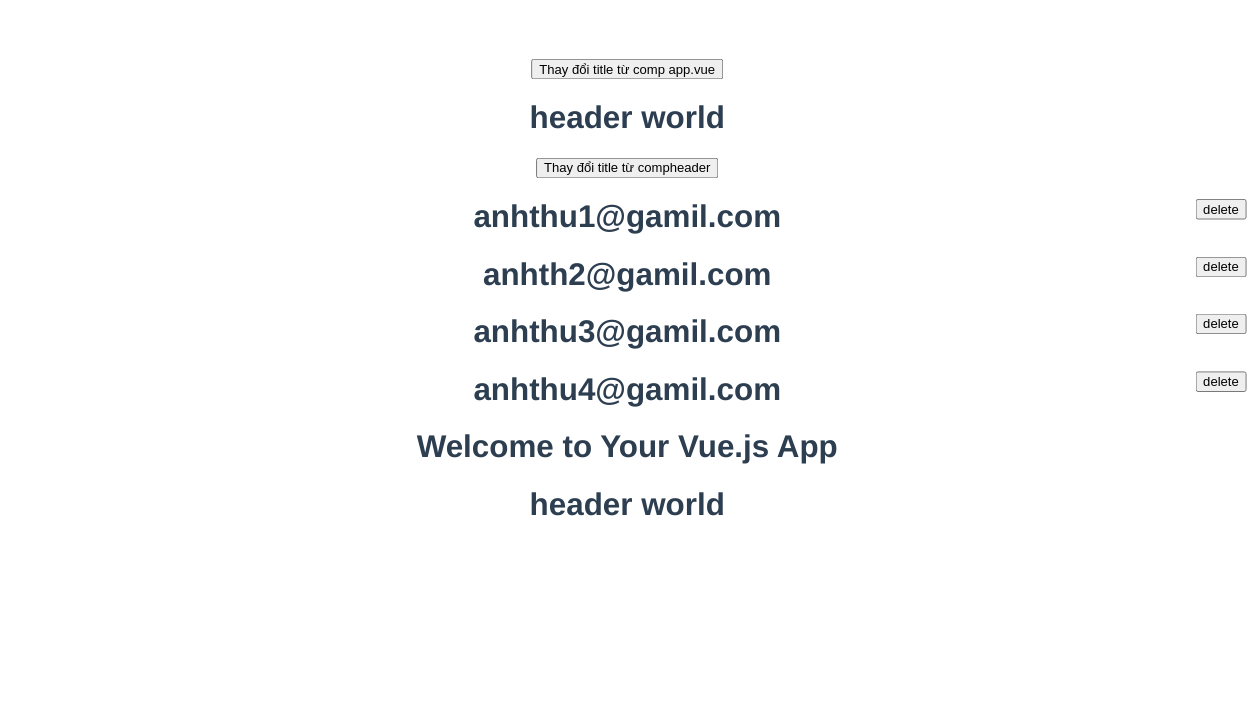
Repository: anhthu112/Todo-list
Page: /
These files come from the project's save history. The page is drawn as it stood at one moment and after the next save; the edit follows.
The browser window is 1280 px wide. The pictures show the whole page, at 98% of full size.
The project was rebuilt for these pictures with package versions that can differ from the ones it lists, and the page was loaded fresh each time. Also part of the build but not shown: vue.config.js.

Above is the page before, as saved 2024-01-23 15:58:52.

### src/App.vue
<template>
  <div class="container">
    <button v-on:click="title='Yoon Jeonghan'">Thay đổi title từ comp app.vue</button>
    <CompHeader v-bind:title="title"
    v-on:changeTitle="handleChangeTitle"
    />
    <ListUser v-bind:listUser="listUser"/>
    <HelloWorld msg="Welcome to Your Vue.js App"/>
    <ComFooter v-bind:title="title"/>
  </div>

</template>

<script>
import HelloWorld from './components/HelloWorld.vue'
import CompHeader from './components/CompHeader.vue';
import ComFooter from './components/ComFooter.vue';
import ListUser from './components/ListUser.vue';
export default {
  name: 'App',
  data(){
    return {
      title:'header world',
      listUser : [
        {id:1000, email:'anhthu1@gamil.com', active: true},
        {id:1001, email:'anhth2@gamil.com', active: true},
        {id:1002, email:'anhthu3@gamil.com', active: true},
        {id:1003, email:'anhthu4@gamil.com', active: false}
      ]
    }
  },
  components: {
    HelloWorld,
    CompHeader,
    ComFooter,
    ListUser
},
  methods:{
    handleChangeTitle(){
      this.title='title do header doi';
      console.log('sucess');
    }
  }
}
</script>

<style>
#app {
  font-family: Avenir, Helvetica, Arial, sans-serif;
  -webkit-font-smoothing: antialiased;
  -moz-osx-font-smoothing: grayscale;
  text-align: center;
  color: #2c3e50;
  margin-top: 60px;
}
</style>

### src/components/CompHeader.vue
<template>
    <header><h1>{{ title }}</h1></header>
    <button v-on:click="changeHeader">Thay đổi title từ compheader</button>
</template>
<script>
    export default{
        name: 'comp-header',
        props:{
            title: String,
        },
        data (){
            return {
            }
        },
        methods:{
            changeHeader(){
                console.log('truoc');
                this.$emit('myevent');
                console.log('sau')

            }
        }
    }
</script>

### src/components/ComFooter.vue
<template>
    <footer>
            <h1>{{ title }}</h1>
    </footer>

</template>
<script>
    export default{
        name: 'comp-footer',
        props: {
            title: String,
        }
    }
</script>

### src/components/ListUser.vue
<template>
    <div class="list-user">
      <User v-for="user in listUser" v-bind:key="user.id" v-bind:user="user" />
    </div>
</template>

  <script>
  import User from './User.vue';
  export default {
    name: 'ListUser',
    props: {
      listUser: {
        type: Array,
      },
    },
    components: {
      User,
    },
  };
  </script>

### src/components/User.vue
<template>
    <div class="user">
        <h1>{{ user.email }}</h1>
        <button class="delete"
        v-on:click="handleDelete"
        >delete</button>
    </div>
</template>
<script>
    export default {
        name: 'userComponent',
        props:{
            user : {
                type: Object,
            }
        },
        methods:{
            handleDelete(e){
                console.log(e);
            }
        },
        data (){
            return {

            }
        }
    }
</script>
<style>
    .user{
        position: relative;
    }
    .delete{
        position: absolute;
        top:0;
        right:0;
    }
</style>

### src/components/DemoRef.vue
<template>
    <div class="demo-ref">
        <h1>Lee dokyum</h1>
        <button class="avatar">change avatar</button>
        <input type="file">
    </div>
</template>
<script>
    export default {
        name:'demo-ref',
        data (){
            return {

            }
        }
    }
</script>
<style>
    .demo-ref{
        margin-top: 100px;
        padding: 100px 30px;
        border: 1px solid #000;

    }
    .avatar{
        color: #fff;
        padding: 12px 15px;
        background: #333;
    }
</style>

Loaded but not shown: public/index.html (common file); src/main.js (common file); src/components/HelloWorld.vue (common file)

After the next save:
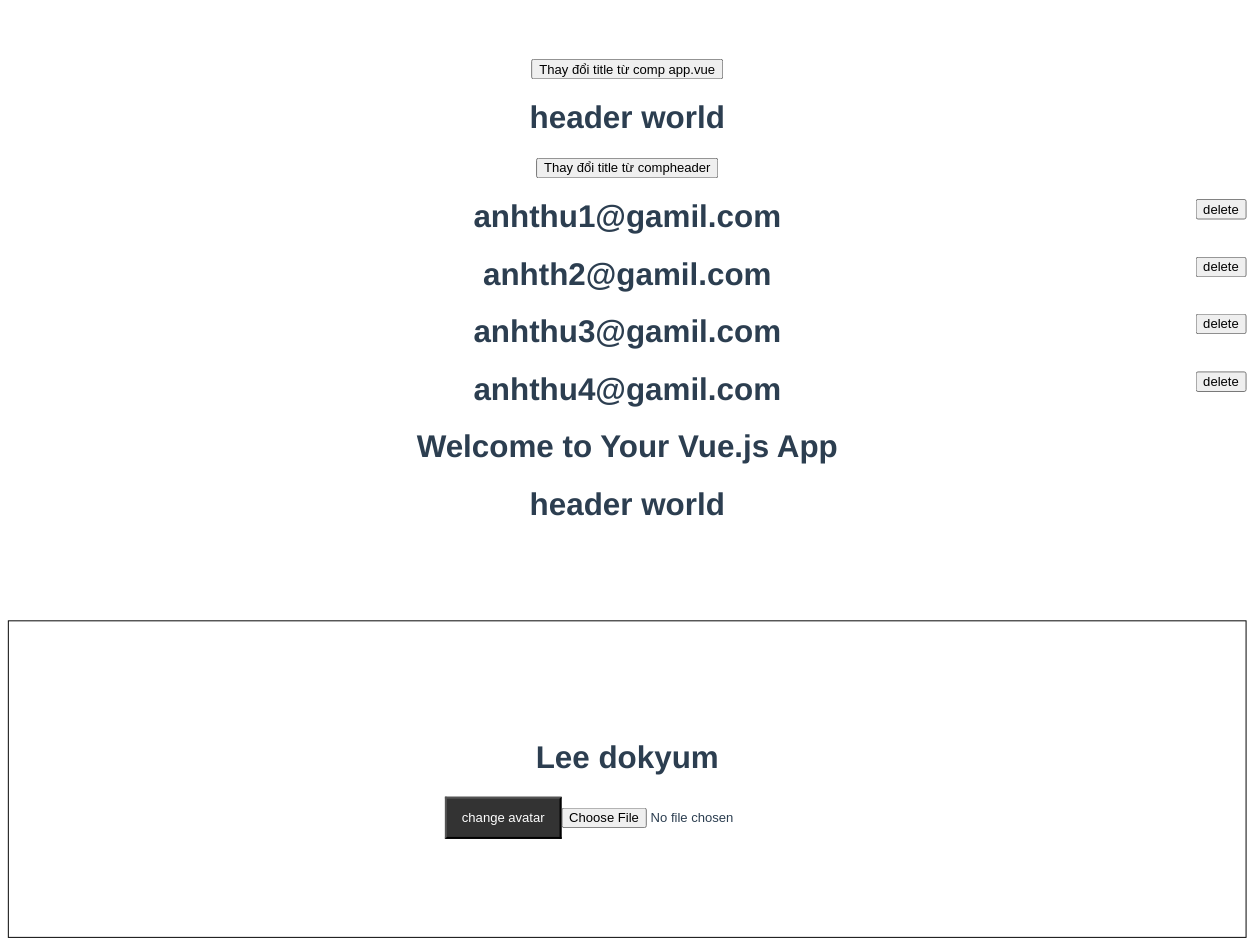
Saved 50 s later.
--- a/src/App.vue
+++ b/src/App.vue
@@ -7,6 +7,7 @@
     <ListUser v-bind:listUser="listUser"/>
     <HelloWorld msg="Welcome to Your Vue.js App"/>
     <ComFooter v-bind:title="title"/>
+    <DemoRef/>
   </div>
 
 </template>
@@ -16,6 +17,7 @@ import HelloWorld from './components/HelloWorld.vue'
 import CompHeader from './components/CompHeader.vue';
 import ComFooter from './components/ComFooter.vue';
 import ListUser from './components/ListUser.vue';
+import DemoRef from './components/DemoRef.vue';
 export default {
   name: 'App',
   data(){
@@ -33,7 +35,8 @@ export default {
     HelloWorld,
     CompHeader,
     ComFooter,
-    ListUser
+    ListUser,
+    DemoRef
 },
   methods:{
     handleChangeTitle(){
